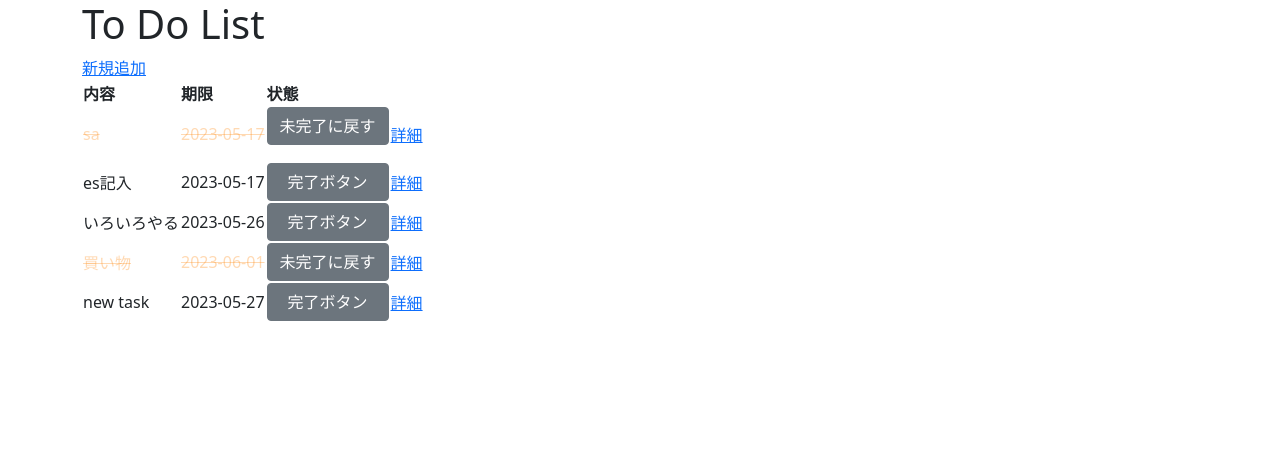
Repository: sgmtg/ToDoList
Page: http://localhost/
The author's editor kept a record of every edit. The page is drawn from the files as they stood at one moment, then again after the next edit.
The browser window is 1280 px wide. The pictures show the whole page.
The page is served by the project's application, run on Flask 3 (app.py). The page reads the database file committed with the project.

Above is the page before.

### templates/index.html
{% extends 'base.html' %}

{% block body %}
<div class="container">
  <div class="row">
    <div>
        <h1>To Do List</h1>
        <a href="/create">新規追加</a>
        <table>
            </th><th>内容</th><th>期限</th><th>状態</th></tr>
        <tbody>
        {% for post in posts %}
            <tr>
                <span>
                <td  {% if post.done %} class="done" {% endif %}>{{ post.title }}</td>
                <td  {% if post.done %} class="done" {% endif %}>{{ post.due.date() }}</td>
                </span>
                <td><form action="/change_status/{{ post.id }}">
                    <button type="submit" class="btn btn-secondary">
                    {% if post.done %}未完了に戻す
                    {% else %}完了ボタン
                    {% endif %}
                    </button>
                    </from></td>
                <td><a href="/detail/{{ post.id }}">詳細</a></td>

            </tr>
        {% endfor %}
        </tbody>
        </table>
    </div>
  </div>
</div>
{% endblock %}

### templates/base.html
<html lang="ja">
    <head>
        <title>My To Do List</title>
        <meta charset="UTF-8">
        <meta name="viewport" content="width=device-width, initial-scale=1.0">
        <link rel="stylesheet" href="/static/css/style.css">
        <link href="https://cdn.jsdelivr.net/npm/bootstrap@5.0.2/dist/css/bootstrap.min.css" rel="stylesheet" integrity="sha384-EVSTQN3/azprG1Anm3QDgpJLIm9Nao0Yz1ztcQTwFspd3yD65VohhpuuCOmLASjC" crossorigin="anonymous">
        {% block head %}{% endblock %}
    </head>
    <body>
       {% block body %}{% endblock %}
    </body>
</html>

### app.py
from flask import Flask, request, render_template, redirect, url_for
from flask_sqlalchemy import SQLAlchemy
from datetime import datetime

app = Flask(__name__)
app.config['SQLALCHEMY_DATABASE_URI'] = 'sqlite:///todo.db'  # todo.dbという名前のdbを設定
db = SQLAlchemy(app)  # dbを生成



class Post(db.Model):
    id = db.Column(db.Integer, primary_key=True)  # 主キー
    title = db.Column(db.String(30), nullable=False)
    detail = db.Column(db.String(100))  # 空でもok
    due = db.Column(db.DateTime, nullable=False)  # 日付型を指定
    done = db.Column(db.Boolean, default=False)  # 完了かどうか



@app.route('/', methods=['GET', 'POST'])
def index():
    if request.method == 'GET':
        posts = Post.query.all()
        return render_template('index.html', posts=posts)

    else:
        title = request.form.get('title')
        detail = request.form.get('detail')
        due = request.form.get('due')

        due = datetime.strptime(due, '%Y-%m-%d')  # フォームから文字列を受け取るため日付型に変換
        new_post = Post(title=title, detail=detail, due=due)

        db.session.add(new_post)
        db.session.commit()
        return redirect('/')

@app.route('/create')
def create():
    return render_template('create.html')


@app.route('/detail/<int:id>')
def detail(id):
    post = Post.query.get(id)  # 該当するidの投稿内容を取得
    return render_template('detail.html', post=post)

@app.route('/change_status/<int:id>')
def change_status(id):
    app.logger.info(id)

    post = Post.query.get(id)
    app.logger.info(post)

    post.done = not post.done
    db.session.commit()
    return redirect('/')


# アプリケーションコンテキスト内でデータベース操作を行うための関数を作成
def create_tables():
    db.create_all()


if __name__ == "__main__":
    app.run(port=3000, debug=True)  # 8080
    create_tables()

### static/css/style.css

.done {
  text-decoration: line-through;
  color: hsla(30, 100%, 50%, .3);
}

### instance/todo.db (the tables this page reads, as SQL)
CREATE TABLE post (
	id INTEGER NOT NULL, 
	title VARCHAR(30) NOT NULL, 
	detail VARCHAR(100), 
	due DATETIME NOT NULL, 
	done BOOLEAN, 
	PRIMARY KEY (id)
);
INSERT INTO "post" VALUES
(1, 'sa', '上記の修正では、app.app_context()のコンテキストマネージャを使用してアプリケーションコンテキストを作成し、その中でdb.create_all()を実行しています。これにより、アプリケーションコンテキスト内でデータベース操作が行われます。', '2023-05-17 00:00:00.000000', 1),
(2, 'es記入', 'さまざまな Forms (フォーム) を作成するための control styles (フォームコントロールスタイル)、layout options (レイアウトオプション)、custom components (カスタムコンポ', '2023-05-17 00:00:00.000000', 0),
(3, 'いろいろやる', '', '2023-05-26 00:00:00.000000', 0),
(4, '買い物', 'ここに詳細を記入', '2023-06-01 00:00:00.000000', 1),
(5, 'new task', 'hogehoge', '2023-05-27 00:00:00.000000', 0);

After the next edit:
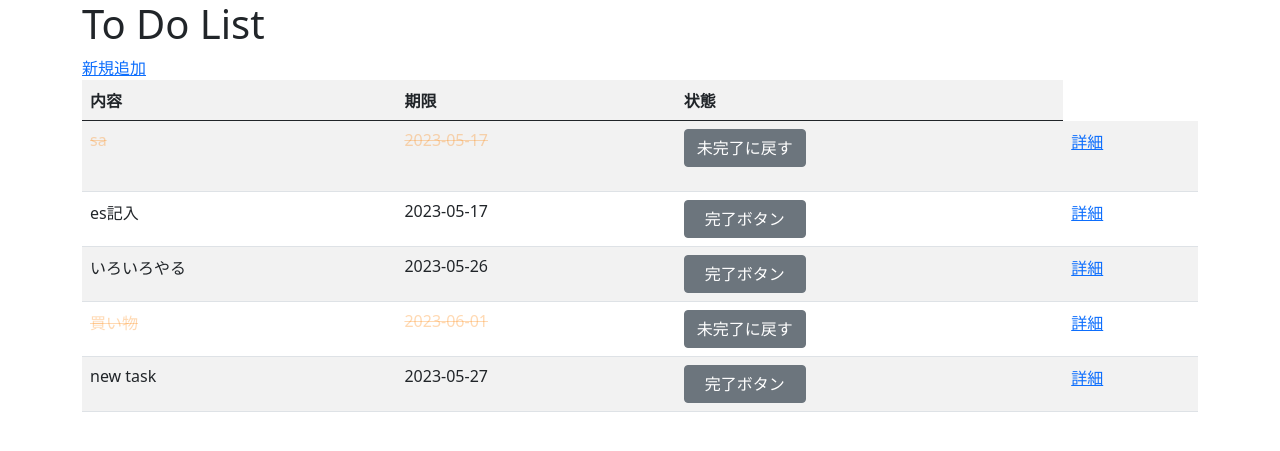
The edit:
--- a/templates/index.html
+++ b/templates/index.html
@@ -6,7 +6,7 @@
     <div>
         <h1>To Do List</h1>
         <a href="/create">新規追加</a>
-        <table>
+        <table class="table table-striped">
             </th><th>内容</th><th>期限</th><th>状態</th></tr>
         <tbody>
         {% for post in posts %}
